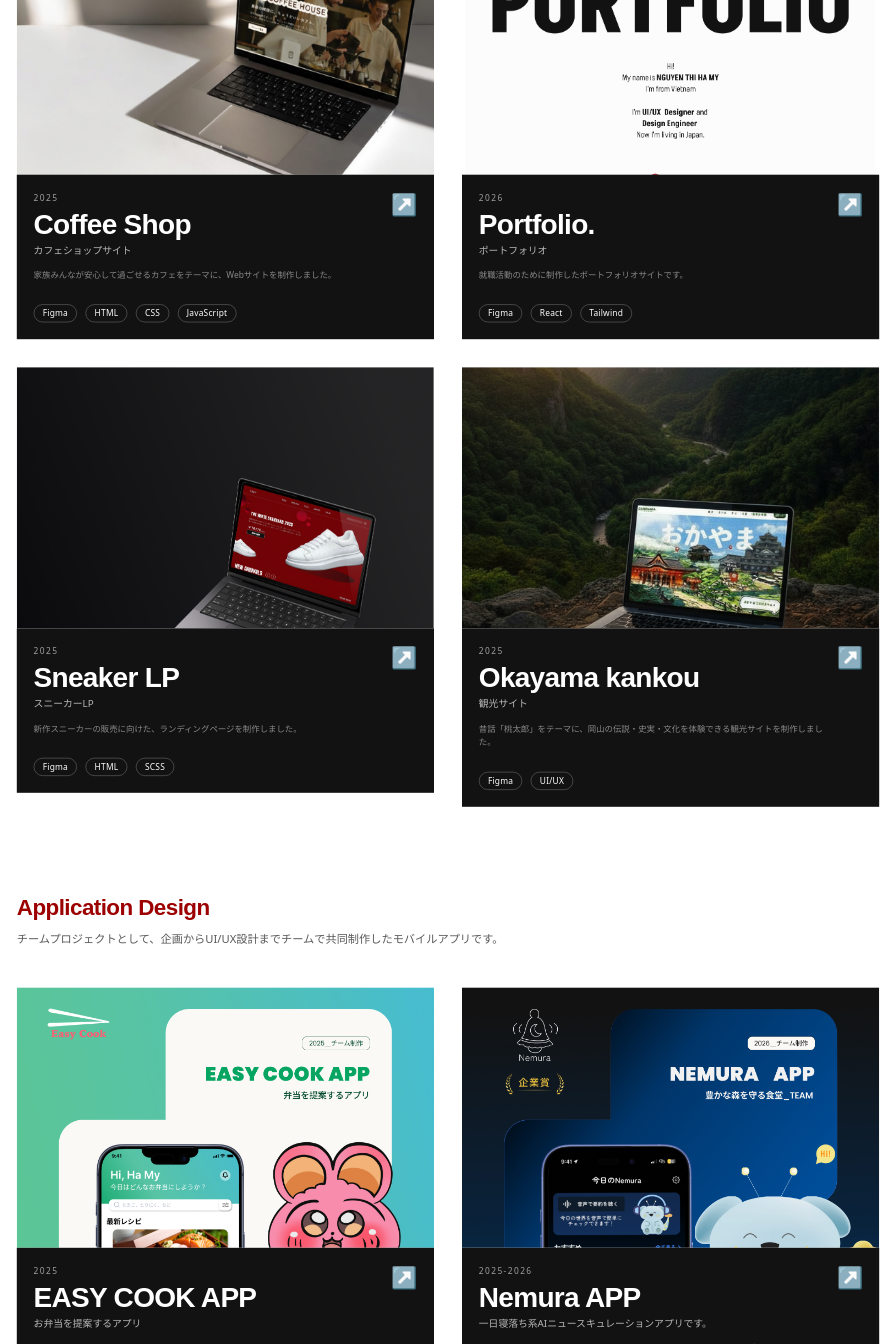
Repository: meme2603/Portfolio-HaMy
Page: / (app in my-portfolio/)
These files come from the project's save history. The page is drawn as it stood at one moment and after a run of saves; the edit follows.
The browser window is 1280 px wide. The pictures show the part of the page from y = 2121 to 4041 px (the page is 5791 px tall before and 6104 px after), at 70% of full size.
Some web fonts or font styles are not loaded; a fallback is used. The project was rebuilt for these pictures with package versions that can differ from the ones it lists, and the page was loaded fresh each time. Also part of the build but not shown: my-portfolio/vite.config.js, my-portfolio/src/pages/ProjectDetail.jsx.

Above is the page before, as saved 2026-06-12 15:31:23.

### my-portfolio/index.html
<!doctype html>
<html lang="ja">
  <head>
    <meta charset="UTF-8" />

    <link rel="icon" type="image/png" href="/memex2.png" />
    <meta name="viewport" content="width=device-width, initial-scale=1.0" />
    <title>My Portfolio</title>
    <link
      rel="stylesheet"
      href="https://fonts.googleapis.com/css2?family=Material+Symbols+Outlined:opsz,wght,FILL,GRAD@24,250,0,0"
    />
    <link rel="preconnect" href="https://fonts.googleapis.com" />
    <link rel="preconnect" href="https://fonts.gstatic.com" crossorigin />
    <link
      href="https://fonts.googleapis.com/css2?family=Akshar:wght@300..700&family=Poppins:wght@300;400;600;700&display=swap"
      rel="stylesheet"
    />
  </head>
  <body>
    <div id="root"></div>

    <script type="module" src="/src/main.jsx"></script>
  </body>
</html>

### my-portfolio/src/main.jsx
import React from "react";
import ReactDOM from "react-dom/client";
import App from "./App";
import "./index.css";

ReactDOM.createRoot(document.getElementById("root")).render(
  <React.StrictMode>
    <App />
  </React.StrictMode>,
);

### my-portfolio/src/App.jsx
// import React from "react";
import { BrowserRouter as Router, Routes, Route } from "react-router-dom";

import Header from "./components/Header";
import Hero from "./components/Hero";
import About from "./components/About";
import Projects from "./components/Projects";
import Skills from "./components/Skills";
import Contact from "./components/Contact";
import ProjectDetail from "./pages/ProjectDetail";
function Home() {
  return (
    <>
      <Hero />
      <About />
      <Projects />
      <Skills />
      <Contact />
    </>
  );
}

function App() {
  return (
    <Router>
      <div className="App">
        <Header />

        {/* Routes điều hướng: Ở trang nào thì lôi component đó ra */}
        <Routes>
          {/* Khi ở đường dẫn mặc định "/", hiển thị toàn bộ trang chủ */}
          <Route path="/" element={<Home />} />

          {/* Khi click vào project, nhảy sang trang chi tiết tạm thời này */}
          <Route path="/project/:id" element={<ProjectDetail />} />
        </Routes>
      </div>
    </Router>
  );
}

export default App;

### my-portfolio/src/index.css
@import "tailwindcss";
@theme {
  --color-primary: #9c0000;
  --color-background: #fff;
  --color-font: #121212;

  --opacity-overlay: 0.65;
  --opacity-glass: 0.1;

  --font-poppins: "Poppins", sans-serif;
  --font-akshar: "Akshar", sans-serif;
}
html {
  scroll-behavior: smooth;
}

### my-portfolio/src/components/Header.jsx
import { useState } from "react";
function MenuItem({ text }) {
  return (
    <li>
      <a
        href={`#${text.toLowerCase()}`}
        className="text-primary text-xl relative group transition-colors"
      >
        {text}
        <span
          className="
            absolute left-0 -bottom-[4px] w-0 h-[1px] bg-primary
            transition-all duration-300 group-hover:w-full
          "
        ></span>
      </a>
    </li>
  );
}

function Header() {
  const [isOpen, setIsOpen] = useState(false);
  const menuItems = ["About", "Projects", "Contact"];
  return (
    <header className="fixed top-0 left-0 w-full h-20 bg-background border-b border-gray-300 z-60">
      <div className="max-w-7xl mx-auto h-full px-6 flex justify-between items-center">
        <div className="shrink-0">
          <a
            href="/"
            className="text-4xl text-primary font-semibold font-akshar"
          >
            HA MY
          </a>
        </div>

        <nav className="hidden lg:block">
          <ul className="flex space-x-10">
            {menuItems.map((item) => (
              <MenuItem key={item} text={item} />
            ))}
          </ul>
        </nav>

        <button
          onClick={() => setIsOpen(!isOpen)}
          className="block lg:hidden text-primary focus:outline-none z-50"
          aria-label="Menu"
        >
          <svg
            xmlns="http://www.w3.org/2000/svg"
            className="h-8 w-8"
            fill="none"
            viewBox="0 0 24 24"
            stroke="currentColor"
          >
            <path
              strokeLinecap="round"
              strokeLinejoin="round"
              strokeWidth="2"
              d={isOpen ? "M6 18L18 6M6 6l12 12" : "M4 6h16M4 12h16M4 18h16"}
            />
          </svg>
        </button>

        <div
          className={`
            absolute top-24 left-0 w-full bg-background border-b border-gray-300
            flex flex-col items-center shadow-lg lg:hidden
            overflow-hidden transition-all duration-700 ease-in-out
            ${isOpen ? "max-h-96 opacity-100 py-8 space-y-6" : "max-h-0 opacity-0 py-0 space-y-0 border-none"}
          `}
        >
          <div className="flex flex-col items-center w-full py-6 space-y-6">
            <a
              href="#about"
              onClick={() => setIsOpen(false)}
              className="text-primary text-2xl transition-opacity duration-700"
            >
              About
            </a>
            <a
              href="#projects"
              onClick={() => setIsOpen(false)}
              className="text-primary text-2xl transition-opacity duration-700"
            >
              Projects
            </a>
            <a
              href="#contact"
              onClick={() => setIsOpen(false)}
              className="text-primary text-2xl transition-opacity duration-700"
            >
              Contact
            </a>
          </div>
        </div>
      </div>
    </header>
  );
}

export default Header;

### my-portfolio/src/components/Hero.jsx
import avatarImg from "../assets/avatar.png";

function Hero() {
  return (
    // Giữ nguyên cấu trúc ẩn phần thừa của bà
    <section className="relative w-full h-[calc(100vh-88px)] mt-24 bg-background overflow-hidden flex flex-col items-center justify-between pb-4">
      {/* 1. CHỮ PORTFOLIO TRÊN CÙNG */}
      <div className="w-full pt-4 z-20 shrink-0">
        <h1
          className="
            text-[80px]
            md:text-[130px]
            lg:text-[200px]
            font-bold
            font-akshar
            text-center
            leading-[0.7]
            text-font
            tracking-tighter
          "
        >
          PORTFOLIO
        </h1>
      </div>

      {/* 2. KHỐI GIỮA: THÊM flex-1 VÀ min-h-0 ĐỂ ÉP ĐỐNG NÀY TỰ CO GIÃN THÔNG MINH */}
      <div className="relative w-full max-w-[1440px] flex flex-col md:flex-row items-center md:items-end justify-center z-30">
        {/* LEFT */}
        <div className="flex-1 flex justify-center pb-8 md:pb-48 lg:pb-64">
          <div className="flex flex-col items-center text-center space-y-2">
            <p className="text-sm md:text-base lg:text-lg font-poppins">Hi!</p>
            <p className="text-sm md:text-base lg:text-lg font-poppins">
              My name is{" "}
              <span className="font-semibold text-base md:text-lg lg:text-xl font-poppins">
                NGUYEN THI HA MY
              </span>
            </p>
            <p className="text-base md:text-lg lg:text-xl font-light">
              I'm from VietNam
            </p>
          </div>
        </div>

        {/* AVATAR: Trả lại chiều cao gốc lg:h-[601px] to vật vã như cũ */}
        <div className="relative flex justify-center shrink-0 mb-4">
          <img
            src={avatarImg}
            alt="Ha My"
            className="
              block
              h-[300px]
              md:h-[550px]
              lg:h-[650px]
              object-cover

            "
          />
        </div>

        {/* RIGHT */}
        <div className="flex-1 flex justify-center pb-8 md:pb-48 lg:pb-64">
          <div className="flex flex-col text-center space-y-2">
            <p className="text-base md:text-lg lg:text-xl font-light">
              I'm{" "}
              <span className="font-semibold text-base md:text-lg lg:text-xl">
                UI/UX Designer
              </span>{" "}
              and
            </p>
            <p className="text-base md:text-lg lg:text-xl font-semibold font-poppins">
              Design Engineer
            </p>
            <p className="text-sm md:text-base lg:text-lg font-light font-poppins">
              Now I'm living in Japan.
            </p>
          </div>
        </div>
      </div>

      {/* 3. THANH ĐEN ĐÁY TRANG */}
      <div className="absolute h-14 bottom-0 left-0 w-full bg-font py-3 md:py-4 z-40"></div>

      {/* 4. CHỮ DESIGNER CỐ ĐỊNH Ở ĐÁY */}
      <div className="relative w-full mt-0 md:mt-0 lg:-mt-40 z-40 pointer-events-none">
        <div className="relative flex justify-center leading-none">
          <span
            className="
              absolute
              inset-0
              flex
              justify-center
              translate-x-[4px]
              translate-y-[4px]
              text-[60px]
              sm:text-[80px]
              md:text-[110px]
              lg:text-[180px]
              font-bold
              font-akshar
              tracking-tighter
              text-font
            "
          >
            Designer
          </span>

          <h2
            className="
              relative
              text-[60px]
              sm:text-[80px]
              md:text-[110px]
              lg:text-[180px]
              font-bold
              font-akshar
              tracking-tighter
              text-primary
            "
          >
            Designer
          </h2>
        </div>
      </div>
    </section>
  );
}

export default Hero;

### my-portfolio/src/components/About.jsx
import aboutImg from "../assets/about.jpg";
function About() {
  return (
    <section
      id="about"
      className="relative w-full h-auto py-24 bg-background overflow-hidden mt-16"
    >
      <div className="max-w-7xl mx-auto px-6 md:px-10">
        {/* TITLE */}
        <div className="mb-16">
          <h1 className="text-5xl md:text-6xl lg:text-7xl font-bold font-akshar text-font leading-none">
            ABOUT ME
          </h1>

          <div className="w-[80px] md:w-[100px] lg:w-[120px] lg:h-[6px] md:h-[5px] h-[4px] bg-primary mt-1"></div>
        </div>

        {/* CONTENT */}
        <div className="flex flex-col lg:flex-row items-center lg:items-start gap-16">
          {/* LEFT */}
          <div className="w-full lg:w-[380px] shrink-0">
            <div className="bg-white rounded-2xl shadow-md p-5">
              <img
                src={aboutImg}
                alt="About Me"
                className="w-full  h-[300px] object-cover rounded-xl"
              />

              <div className="mt-5">
                <h2 className="text-3xl font-akshar font-bold tracking-wide text-font">
                  NGUYEN THI HA MY
                </h2>

                <p className="text-font/70 text-lg mt-1">2001.03.30</p>
              </div>

              <div className="flex gap-3 mt-6">
                <span className="border border-font rounded-full px-4 py-2 text-sm">
                  UI/UX Designer
                </span>

                <span className="border border-font rounded-full px-4 py-2 text-sm">
                  Design Engineer
                </span>
              </div>
            </div>
          </div>

          {/* RIGHT */}
          <div className="flex-1 max-w-[760px]">
            <h2 className="text-2xl md:text-3xl font-semibold font-akshar text-primary tracking-[4px] mb-8">
              PROFILE!!
            </h2>

            <div className="space-y-6 text-font leading-[2.2] text-sm md:text-base lg:text-lg">
              <p>
                ベトナム出身の
                <span className="font-semibold">
                  グエン ティ ハ ミー（ NGUYEN THI HA MY）
                </span>
                です。
              </p>

              <p>
                現在は専門学校で、
                <span className="font-semibold">デザインやコーディング </span>
                について学びながらWeb制作やフロントエンド技術の基礎を学んでおります。
              </p>

              <p>
                2021年に来日し、最初の1年間は日本語学校で日本語を学びました。
                <br />
                その後、ビジネス専門学校に進学し、日本の文化やビジネスマナー、コミュニケーション力を身につけてまいりました。
                その中で、コンピュータの授業を通して、Webデザインという職業があることを初めて知り、興味を持つようになりました。
              </p>

              <p>
                留学生として日本とベトナム両方の文化に触れてきた経験を活かし、将来はユーザーの多様な視点やニーズを理解し、最適な体験をデザインする
                <span className="font-semibold text-primary text-xl">
                  UI/UXデザイナー
                </span>
                を目指しております。
              </p>
            </div>
          </div>
        </div>
      </div>
    </section>
  );
}
export default About;

### my-portfolio/src/components/Projects.jsx
import ProjectSection from "./ProjectSection";
import { websiteProjects, appProjects } from "../data/ProjectsData";

function Projects() {
  return (
    <section id="projects" className="pt-20 bg-background">
      <div className="max-w-7xl mx-auto px-6">
        <h1 className="text-5xl md:text-6xl lg:text-7xl font-akshar font-bold text-font">
          PROJECTS
        </h1>
        <div className="w-[80px] md:w-[100px] lg:w-[120px] lg:h-[6px] md:h-[5px] h-[4px] bg-primary mt-1 mb-20"></div>
        <ProjectSection
          title="Website Design"
          description="学校で学んだ知識を活かし、企画からデザイン、コーディングまで一貫して制作したWebプロジェクトです。"
          projects={websiteProjects}
        />
        <ProjectSection
          title="Application Design"
          description="チームプロジェクトとして、企画からUI/UX設計までチームで共同制作したモバイルアプリです。"
          projects={appProjects}
        />
      </div>
    </section>
  );
}

export default Projects;

### my-portfolio/src/components/Skills.jsx
import { skillData } from "../data/ProjectsData";

function Skill() {
  return (
    <section className="w-full pt-20 pb-16">
      <div className="max-w-7xl mx-auto px-6 pb-10">
        <h2 className="text-5xl md:text-6xl lg:text-7xl font-bold font-akshar text-font leading-none">
          SKILL
        </h2>

        <div className="w-[80px] md:w-[100px] lg:w-[120px] lg:h-[6px] md:h-[5px] h-[4px] bg-primary mt-1"></div>
      </div>

      <div className="max-w-7xl mx-auto px-16 space-y-16">
        {skillData.map((group, index) => (
          <div key={index}>
            <h3 className="text-base font-medium text-font/50 mb-6 tracking-wide italic">
              {group.category}
            </h3>

            <ul className="space-y-4 pl-4">
              {group.skills.map((skill, sIndex) => (
                <li key={sIndex} className="list-disc text-font/90 text-lg">
                  <span className="font-bold text-font">{skill.name}</span>
                  <span className="text-font/80 font-light">
                    : {skill.status} {skill.desc}
                  </span>
                </li>
              ))}
            </ul>
          </div>
        ))}
      </div>
    </section>
  );
}

export default Skill;

### my-portfolio/src/components/Contact.jsx
import { FaFacebook, FaInstagram, FaGithub } from "react-icons/fa";

function Contact() {
  return (
    <section
      id="contact"
      className="bg-font text-background py-6 overflow-hidden mt-20"
    >
      <div className="max-w-7xl mx-auto pt-6">
        <h1
          className="
                text-center
                font-akshar
                font-bold
                leading-none
                tracking-tight
                text-[70px]
                sm:text-[100px]
                md:text-[140px]
                lg:text-[180px]
                "
        >
          CONTACT ME
        </h1>
        <p
          className="
                text-center
                text-sm
                md:text-base
                text-white/80
                mt-4
                mb-10
                "
        >
          ご質問やご依頼など、お気軽にご連絡ください。
        </p>

        <form
          action="https://formspree.io/f/xnjzqegr"
          method="POST"
          className="max-w-3xl mx-auto px-6 md:px-0"
        >
          <input
            type="text"
            name="name"
            placeholder="お名前 (Name)"
            required
            className="
                    w-full
                    bg-background
                    text-font
                    rounded-md
                    px-6
                    py-4
                    mb-4
                    outline-none
                "
          />
          <input
            type="email"
            name="email"
            placeholder="メールアドレス (Email)"
            required
            className="
                    w-full
                    bg-white
                    text-black
                    rounded-md
                    px-6
                    py-4
                    mb-4
                    outline-none
                "
          />
          <textarea
            name="message"
            placeholder="メッセージ内容 (Message)"
            rows="5"
            className="
                    w-full
                    bg-white
                    text-black
                    rounded-md
                    px-6
                    py-4
                    outline-none
                    resize-none
                "
          ></textarea>

          <div className="flex justify-center mt-6">
            <button
              type="submit"
              className="
                    bg-background
                    text-primary
                    px-14
                    py-3
                    rounded-md
                    font-semibold
                    transition-all
                    duration-300
                    hover:scale-105
                    "
            >
              送信する
            </button>
          </div>
        </form>

        <div className="flex justify-center gap-8 mt-14 text-4xl">
          <a href="/" className="hover:scale-110 transition-all duration-300">
            <FaFacebook />
          </a>

          <a href="/" className="hover:scale-110 transition-all duration-300">
            <FaInstagram />
          </a>

          <a
            href="https://github.com/"
            className="hover:scale-110 transition-all duration-300"
          >
            <FaGithub />
          </a>
        </div>

        <p
          className="
                text-center
                text-sm
                text-background/70
                mt-4
                "
        >
          © Copyright by NguyenHaMy 2026
        </p>
      </div>
    </section>
  );
}

export default Contact;

### my-portfolio/src/components/ProjectSection.jsx
import ProjectCard from "./ProjectCard";

function ProjectSection({ title, description, projects }) {
  return (
    <section className="mb-32">
      <h2
        className="
          text-[32px]
          leading-none
          font-bold
          font-akshar
          tracking-tight
          text-primary
        "
      >
        {title}
      </h2>

      <p
        className="
          mt-4
          text-font/70
          leading-relaxed
        "
      >
        {description}
      </p>

      <div className="grid grid-cols-1 md:grid-cols-2 gap-10 mt-14">
        {projects.slice(0, 4).map((project, index) => (
          <ProjectCard
            id={project.id}
            key={index}
            year={project.year}
            title={project.title}
            titleJP={project.titleJP}
            description={project.desc}
            tags={project.tags}
            image={project.img}
          />
        ))}
      </div>
    </section>
  );
}

export default ProjectSection;

### my-portfolio/src/components/ProjectCard.jsx
import { Link } from "react-router-dom";

// ProjectCard = component dùng để hiển thị 1 project card
function ProjectCard({ id, year, title, titleJP, description, tags, image }) {
  return (
    <Link to={`/project/${id}`} className="block flex flex-col h-full group">
      <div className="group flex flex-col h-full cursor-pointer ">
        <div className="overflow-hidden bg-font aspect-[16/10] w-full">
          <img
            src={image}
            alt={title}
            className="
            w-full
            object-cover
            transition-all
            duration-500
            group-hover:scale-105
            group-hover:opacity-90
          "
          />
        </div>

        <div className="bg-font text-background px-6 py-6 ">
          <div className="flex items-start justify-between">
            <div>
              <p className="text-[12px] tracking-[2px] text-background/60 ">
                {year}
              </p>

              <h3
                className="
                text-[40px]
                leading-none
                font-bold
                font-akshar
                tracking-tight
                mt-2
              "
              >
                {title}
              </h3>

              <p className="text-sm text-background/70 mt-2">{titleJP}</p>

              <p className="text-xs text-background/50 leading-relaxed mt-4">
                {description}
              </p>
            </div>

            <div
              className="
              text-3xl
              transition-transform
              duration-300
              group-hover:translate-x-1
              group-hover:-translate-y-1
            "
            >
              ↗
            </div>
          </div>

          <div className="mt-8 flex items-center gap-3 flex-wrap">
            {tags &&
              tags.map((tag, index) => (
                <span
                  key={index}
                  className="
                border
                border-background/30
                rounded-full
                px-3
                py-1
                text-xs
                tracking-wide
              "
                >
                  {tag}
                </span>
              ))}
          </div>
        </div>
      </div>
    </Link>
  );
}

export default ProjectCard;

Loaded but not shown: my-portfolio/src/data/ProjectsData.js (227 lines, source omitted)

After the next 2 saves:
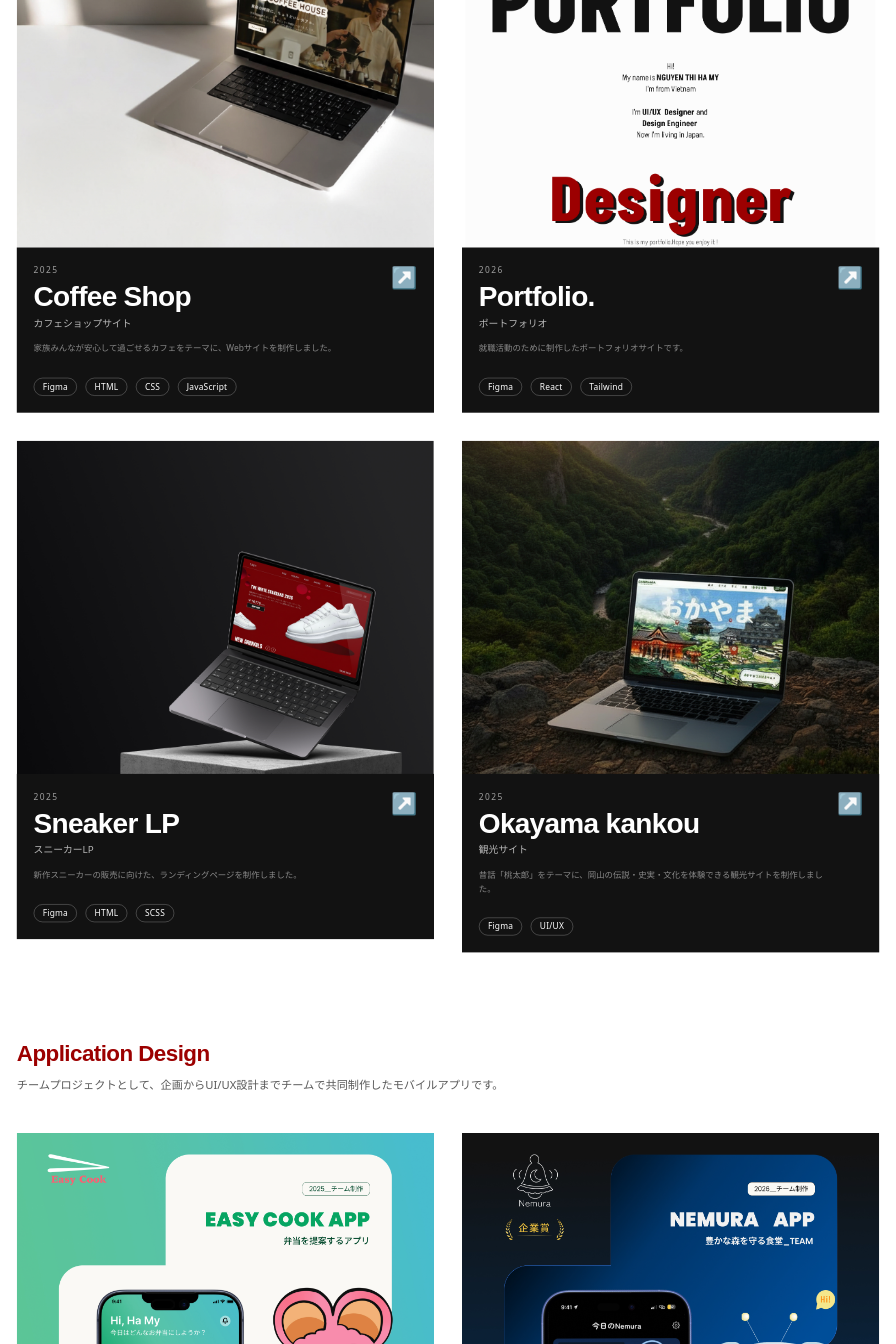
The 2 saves are shown as one change because they came seconds apart.
The last was saved 16 s later.
--- a/my-portfolio/src/components/ProjectCard.jsx
+++ b/my-portfolio/src/components/ProjectCard.jsx
@@ -5,7 +5,7 @@ function ProjectCard({ id, year, title, titleJP, description, tags, image }) {
   return (
     <Link to={`/project/${id}`} className="block flex flex-col h-full group">
       <div className="group flex flex-col h-full cursor-pointer ">
-        <div className="overflow-hidden bg-font aspect-[16/10] w-full">
+        <div className="overflow-hidden bg-font aspect-[5/4] w-full">
           <img
             src={image}
             alt={title}
